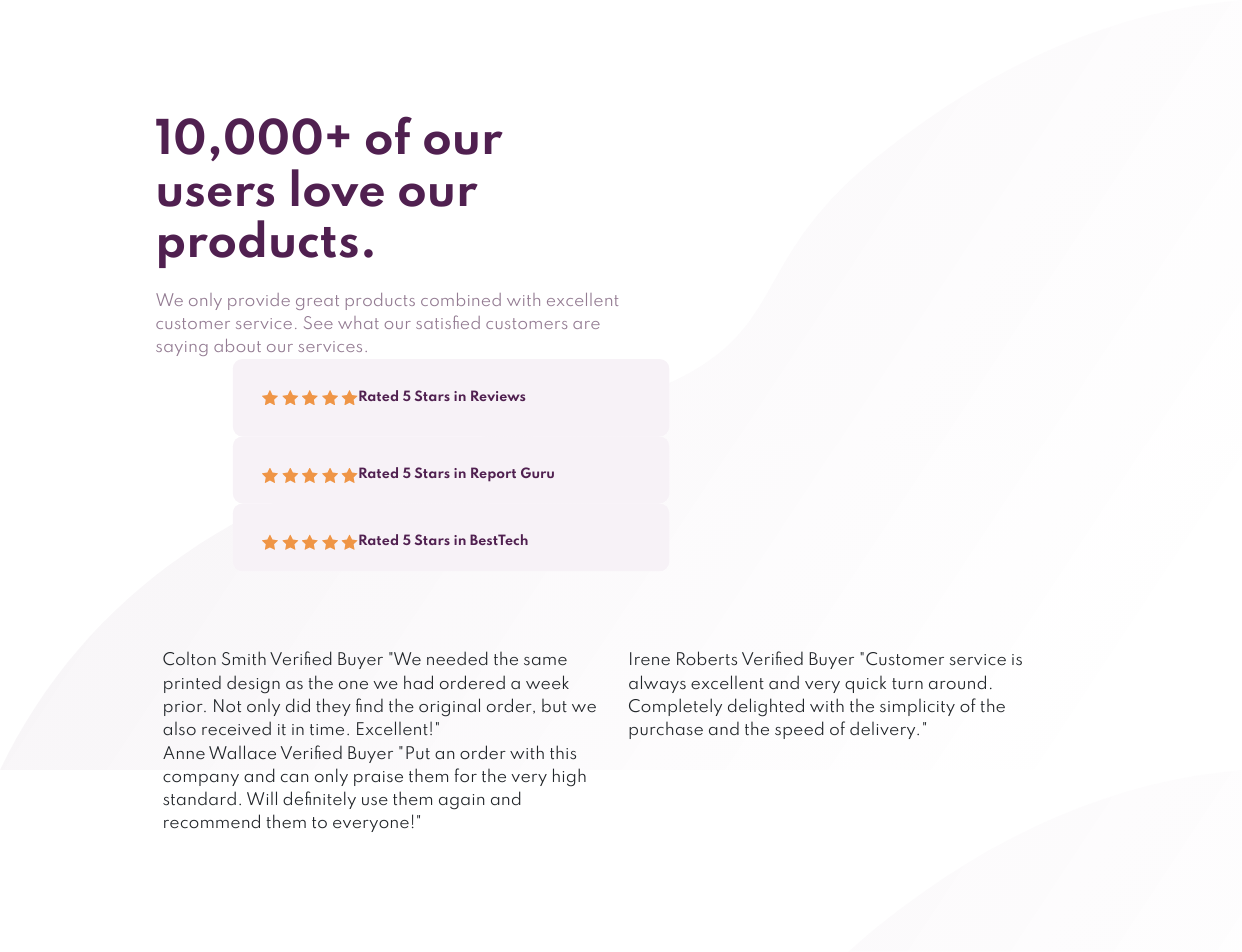
Repository: metehankasapp/social-proof-section-master
Page: index.html
The author's editor kept a copy of each file at every save. The page is drawn from the files as they stood at one save, then again after the next save.
The browser window is 1280 px wide. The pictures show the whole page, at 97% of full size.
Some web libraries are served in a nearby version.

Above is the page before, as saved 2021-12-05 08:16:16.

After the next save:
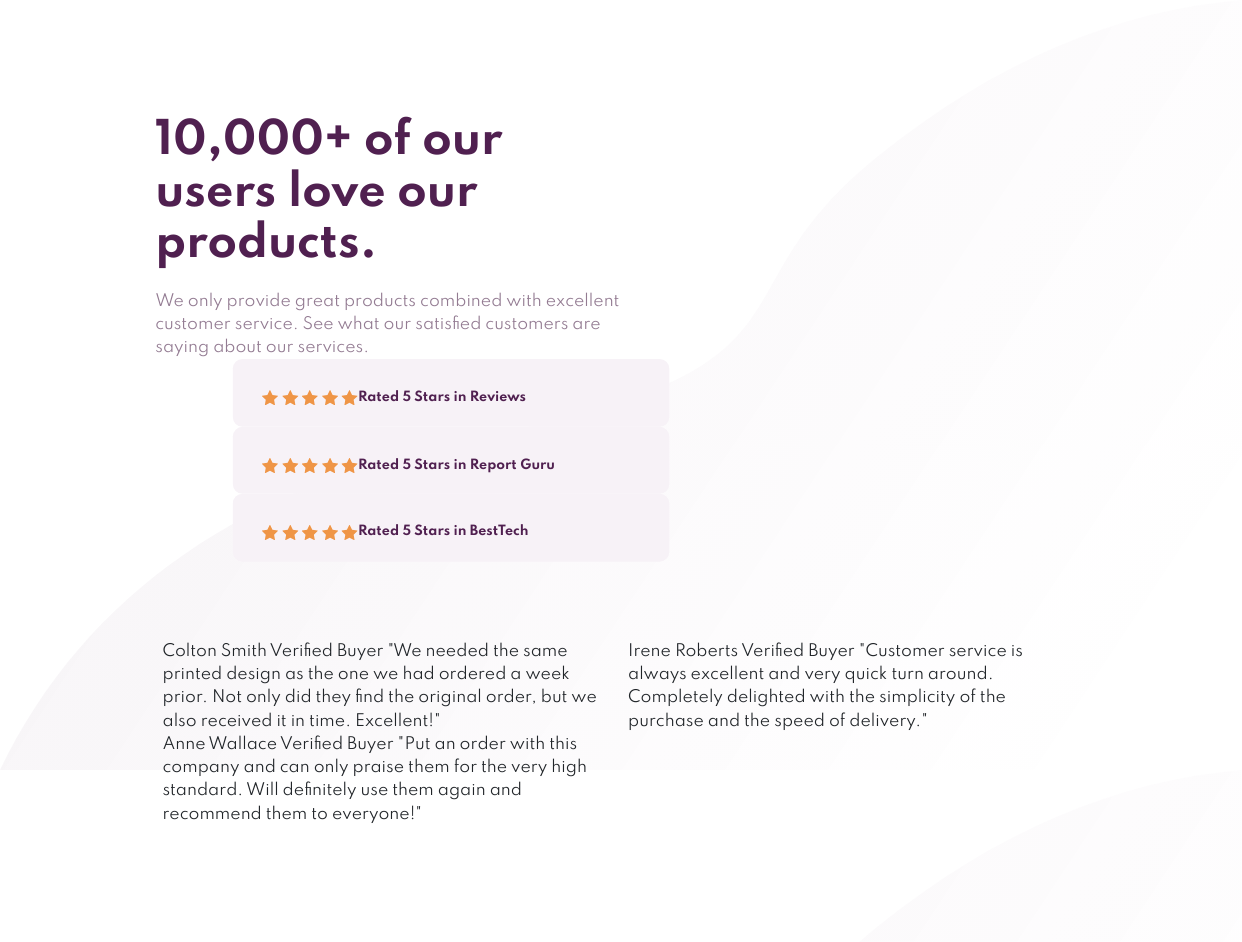
Saved 9 s later.
--- a/index.html
+++ b/index.html
@@ -41,7 +41,7 @@
             <img src="images/icon-star.svg" alt="">
 
           </div>
-          <p class="">Rated 5 Stars in Reviews</p>
+          <p class="m-0">Rated 5 Stars in Reviews</p>
         </div>
         <div class="rate-container">
           <div class="stars">
